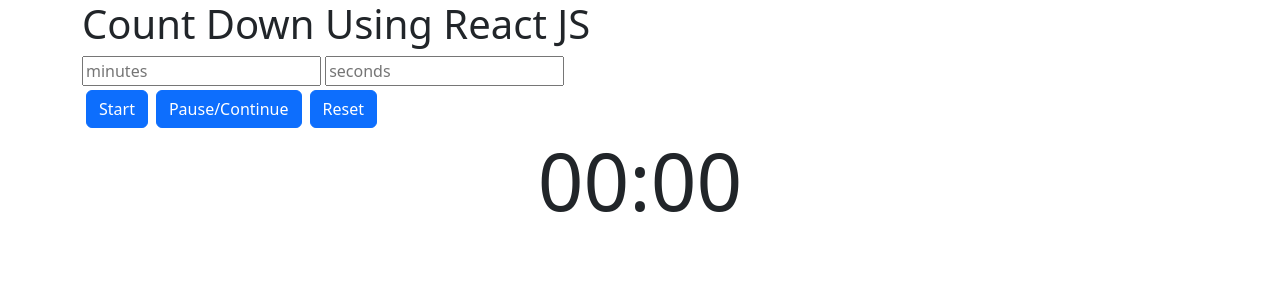
Repository: maheshdama13/reactjs-count-down
Page: /
An editor plug-in stored every save of this project. The page is shown before and after the next save, followed by the edit.
The browser window is 1280 px wide. The pictures show the whole page.
The project was rebuilt for these pictures with package versions that can differ from the ones it lists, and the page was loaded fresh each time. Also part of the build but not shown: src/App.css.

Above is the page before, as saved 2022-07-01 02:20:12.

### src/App.js
import logo from './logo.svg';
import './App.css';
import CountDown from './components/CountDown';

function App() {
  return (
    <CountDown />
  );
}

export default App;

### src/components/CountDown.js
import React, {useState, useEffect, useRef} from 'react'

export default function CountDown() {
  const [timer, setTimer] = useState(0);
  const [formattedTimer, setFormattedTimer] = useState("00:00");
  const [isTimerRunning, setIsTimerRunning] = useState(0);

  const formData = useRef(null)

  useEffect(() => {
    let interval = 0;
    if(isTimerRunning === 1) {
      interval = setInterval(() => {
        if(timer > 0)
          setTimer(timer-1);
        }, 1000);
      }


    setFormattedTimer(formatTimer(timer))
    return () => clearInterval(interval);
  }, [timer, isTimerRunning]);

  const formatTimer = (timeData) => {
    let m = Math.floor(timeData % 3600 / 60);
    m = (m<=9) ? '0'+m : m;
    let s = Math.floor(timeData % 3600 % 60);
    s = (s<=9) ? '0'+s : s;
    return m+':'+s;
  }

  const startHandler = () => {
    setIsTimerRunning(1);
    const form = formData.current
    let minutes = form['minutes'].value;
    let seconds = form['seconds'].value;
    let timerVal = Number(minutes*60) + Number(seconds);
    setTimer(timerVal);
  }

  const pauseHandler = () => {
    setIsTimerRunning(prevState => {
      if(prevState === 1) {
        return 0
      } else {
        return 1;
      }
    });
  }

  const resetHandler = () => {
    formData.current.reset();
    setIsTimerRunning(0);
    setTimer(0);
  }

  return (
    <div className='container'>
    <h1>Count Down Using React JS</h1>
      <form ref={formData}>
        <div class="d-flex">
          <input className=' d-inline' name='minutes' type="number" placeholder='minutes' />&nbsp;
          <input className=' d-inline' name='seconds' type="number" placeholder='seconds' />&nbsp;
        </div>
        <button type="button" className='btn btn-primary m-1' onClick={startHandler}>Start</button>
        <button type="button" className='btn btn-primary m-1' onClick={pauseHandler}>Pause/Continue</button>
        <button type="button" className='btn btn-primary m-1' onClick={resetHandler}>Reset</button>
      </form>


      <h1 className='display-1 text-center'>{formattedTimer} {isTimerRunning ? 'Running' : ''}</h1>
    </div>
  )
}

Loaded but not shown: public/index.html (common file); src/index.js (common file); src/index.css (common file); src/reportWebVitals.js (common file)

After the next save:
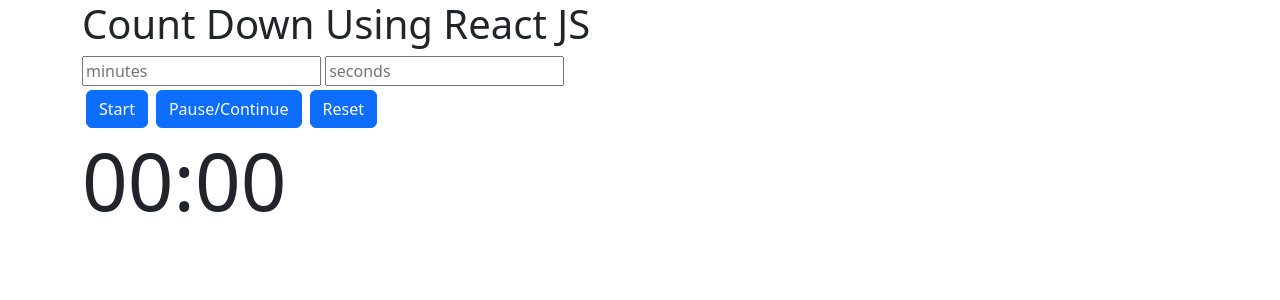
Saved 7 s later.
--- a/src/components/CountDown.js
+++ b/src/components/CountDown.js
@@ -68,7 +68,7 @@
       </form>
 
 
-      <h1 className='display-1 text-center'>{formattedTimer} {isTimerRunning ? 'Running' : ''}</h1>
+      <h1 className='display-1'>{formattedTimer} {isTimerRunning ? 'Running' : ''}</h1>
     </div>
   )
 }
